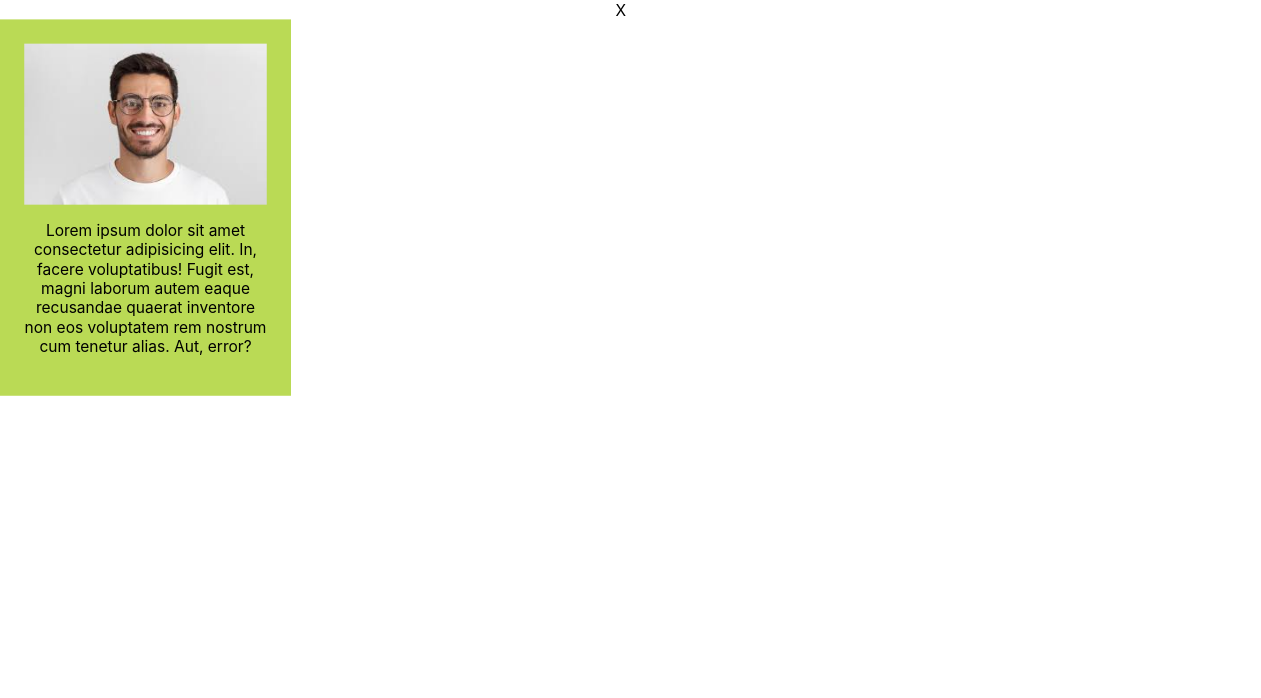
Repository: mikelnorth/team-profile-demo
Page: /
These files come from the project's save history. The page is drawn as it stood at one moment and after the next save; the edit follows.
The browser window is 1280 px wide. The page is 1280 px wide, then 1300 px, then 1280 px, so the pictures cover 1300 px, including what lies to the right of the window. The pictures show the whole page, at 97% of full size.
The project was rebuilt for these pictures with package versions that can differ from the ones it lists, and the page was loaded fresh each time.

Above is the page before, as saved 2022-05-19 18:28:40.

After the next save:
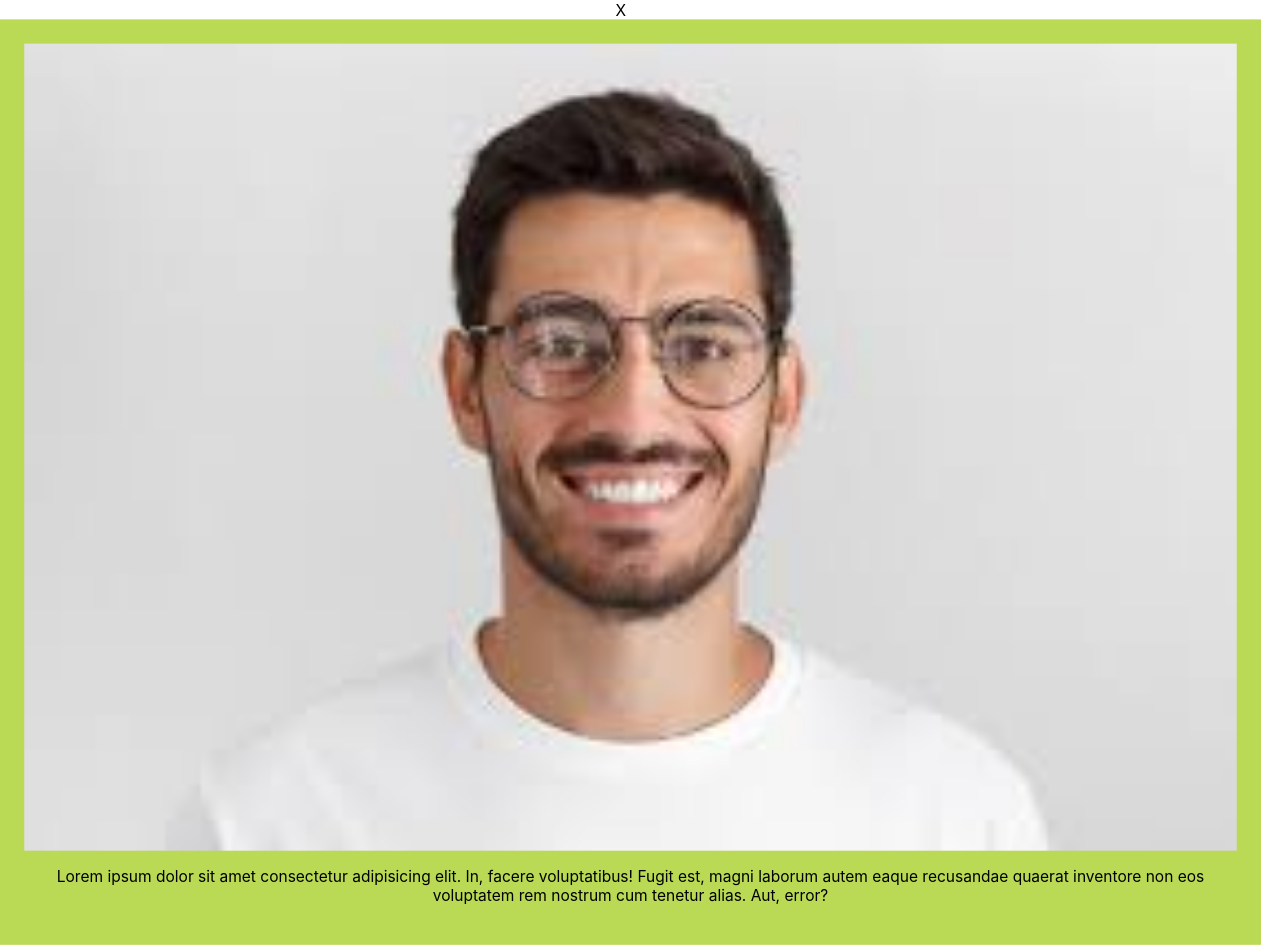
Saved 19 s later.
--- a/src/components/Card.scss
+++ b/src/components/Card.scss
@@ -1,8 +1,7 @@
 .card {
   display: flex;
   flex-direction: column;
-
-  width: 250px;
+  width: 1250px;
   padding: 25px;
   background-color: #bada55;
 }

After the save that followed:
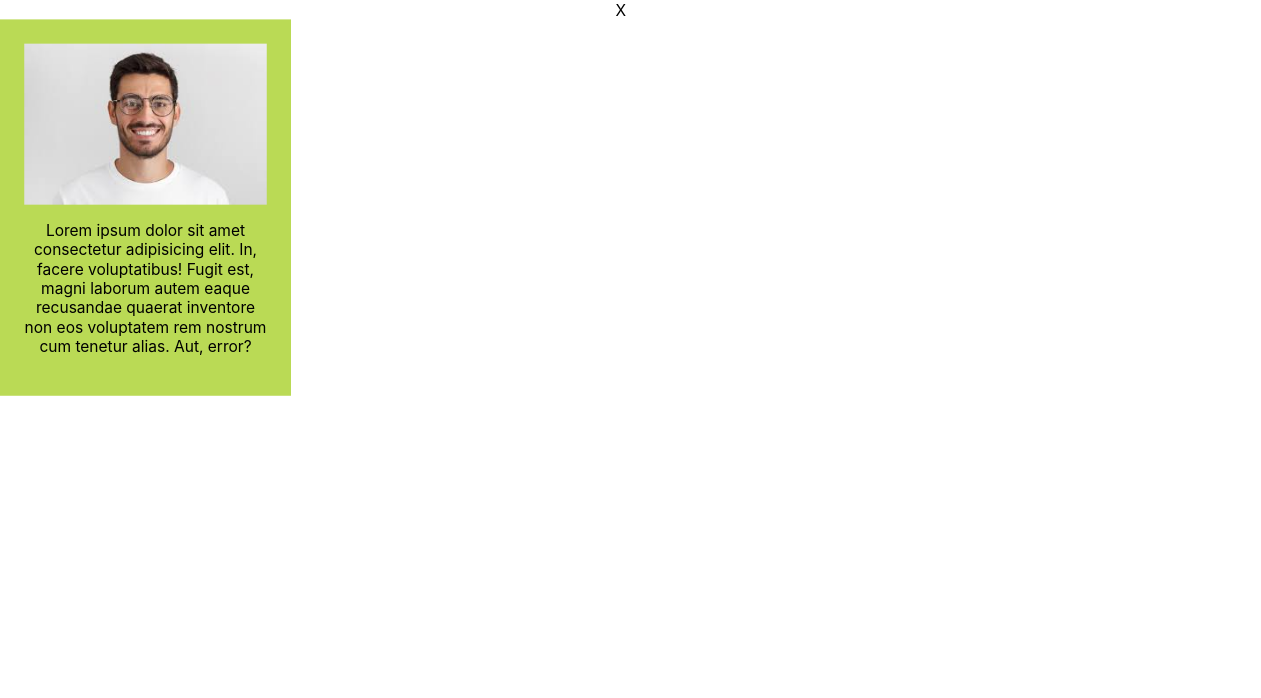
Saved 5 s later.
--- a/src/components/Card.scss
+++ b/src/components/Card.scss
@@ -1,7 +1,7 @@
 .card {
   display: flex;
   flex-direction: column;
-  width: 1250px;
+  width: 250px;
   padding: 25px;
   background-color: #bada55;
 }
